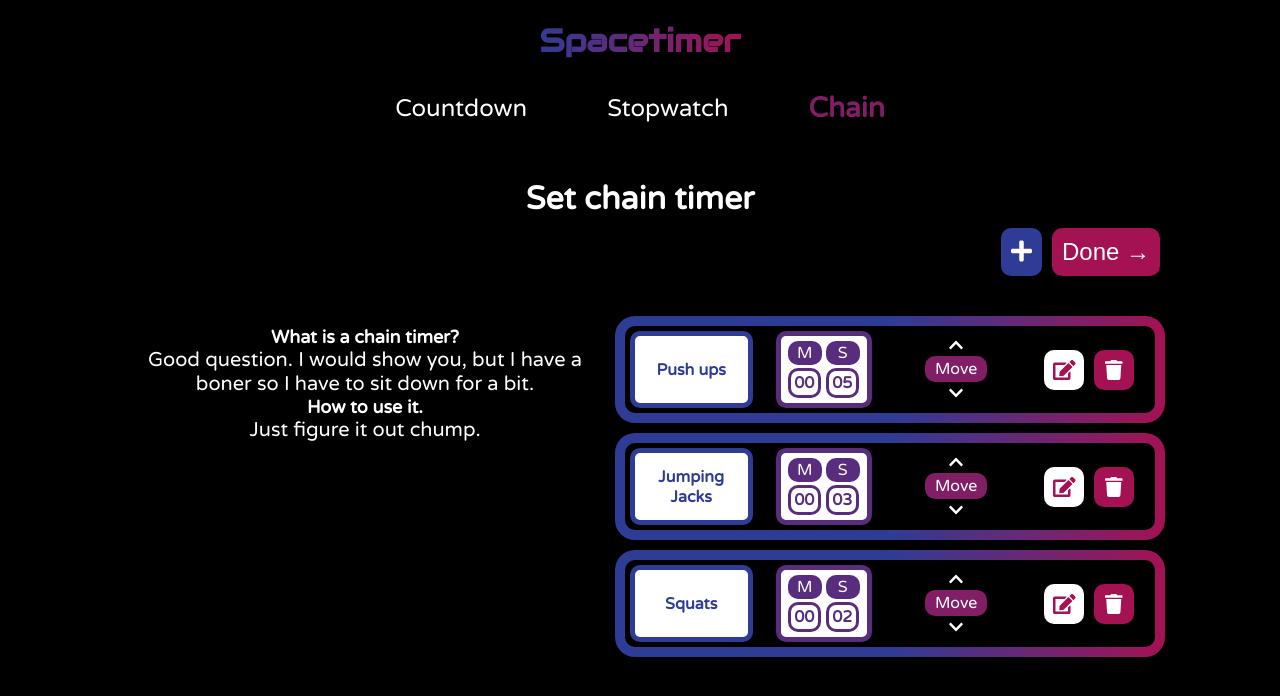
Repository: JohnKrige/space-timer2
Page: /timer-chain
These files come from the project's save history. The page is drawn as it stood at one moment and after the next save; the edit follows.
The browser window is 1280 px wide. The pictures show the whole page.
The project was rebuilt for these pictures with package versions that can differ from the ones it lists, and the page was loaded fresh each time. Also part of the build but not shown: src/components/Timer/styles.js, src/components/Timer/TimerDisplay.js, src/components/Stopwatch/Stopwatch.js, src/components/ChainTimer/ChainTimerItem.js, src/components/SetTimerModal/transition-styles.css, src/components/Timer/Repeater.js, src/components/CountdownTimer/countdownTimerStyles.js, src/components/CountdownTimer/CountdownTimer.js. Imported but missing from the stored project, and not drawn on this page: src/components/CountdownTimer/beep.flac, src/components/CountdownTimer/timersound1.wav.

Above is the page before, as saved 2021-11-21 11:05:57.

### public/index.html
<!DOCTYPE html>
<html lang="en">
  <head>
    <meta charset="utf-8" />
    <link rel="icon" href="%PUBLIC_URL%/favicon.ico" />
    <meta name="viewport" content="width=device-width, initial-scale=1" />
    <meta name="theme-color" content="#000000" />
    <meta
      name="description"
      content="Web site created using create-react-app"
    />

    <title>Space Timer 69</title>
  </head>
  <body>
    <div id="root"></div>
  </body>
</html>

### src/App.js
import {
  BrowserRouter as Router,
  Route,
  Redirect,
  Switch
} from 'react-router-dom';

import Stopwatch from './components/Stopwatch/Stopwatch';
import ChainTimer from './components/ChainTimer/ChainTimer';
import Navbar from './components/Nav/Navbar';
import CountdownTimer from './components/CountdownTimer/CountdownTimer';

import './App.css';

function App() {
  return (
    <div className="App">
      <Router>
        <header className="App-header">
          <h1 className="logo">Spacetimer</h1>
          <Navbar />
        </header>
          <Switch>
            <Route path="/countdown-timer">
              <CountdownTimer />
            </Route>
            <Route path="/stopwatch">
              <Stopwatch />
            </Route>
            <Route path="/timer-chain">
              <ChainTimer />
            </Route>
            <Redirect to="/countdown-timer" />
          </Switch>
      </Router>
    </div>
  );
};

export default App;

### src/components/Nav/Navbar.js

import { NavLink } from 'react-router-dom';
import { useLocation } from 'react-router';

import { NavItem, NavList } from './styles';

const routes = [
    {
        name: "Countdown",
        ext: "/countdown-timer",
    },
    {
        name: "Stopwatch",
        ext: "/stopwatch",
    },
    {
        name: "Chain",
        ext: "/timer-chain",
    },
 ];

const Navbar = () => {
    const location = useLocation();

    const path = location.pathname;

    const navItems = routes.map((item) => {
        const selected = item.ext === path;

        return (
            <NavItem selected={selected} key={item.name}>
                <NavLink to={`${item.ext}`}>
                    <div style={{display: 'inline-block'}}>{item.name}</div>
                </NavLink>
            </NavItem>
        );
    });

    return (
        <NavList style={{display: 'flex', justifyContent: 'center'}}>
            {navItems}
        </NavList>
    );
};

export default Navbar;

### src/App.css
@import url('https://fonts.googleapis.com/css2?family=Audiowide&display=swap');
@import url('https://fonts.googleapis.com/css2?family=Varela+Round&display=swap');

* {
  padding: 0;
  margin: 0;
  text-decoration: none;
  list-style: none;
}

html {
  background-color: black;
  font-size: 20px;
}

body {
  min-height: 100vh;
  font-family: 'Varela Round', sans-serif;
}

.App {
  text-align: center;
  background-color: black;
  padding: 0;
  margin: 0 auto;
  min-height: 100vh;
  display: flex;
  flex-direction: column;
}

.App-header {
  padding-top: 20px;
}

.logo {
  display: inline;
  padding: 0 5px;
  font-family: 'Audiowide', cursive;
  font-size: 32px;
  background: #2f3c96;
  background: -webkit-linear-gradient(to right, #2f3c96 0%, #a41253 100%);
  background: -moz-linear-gradient(to right, #2f3c96 0%, #a41253 100%);
  background: linear-gradient(to right, #2f3c96 0%, #a41253 100%);
  -webkit-background-clip: text;
  -webkit-text-fill-color: transparent;

  @media (min-width) {
    font-size: 64px;
  }
}

.PageTitle {
  text-align: center;
  font-size: 32px;

  @media (min-width) {
    color: #821e66;
  }

}

### src/pages/Timer/TimerPage.js
import styled from 'styled-components';

 const TimerPageStyle = styled.div`
    display: flex;
    flex-direction: column;
    align-items: ${props => props.align || "center"};
    justify-content: ${props => props.justify || "center"};
    flex-grow: 1;
    margin-top: 20px;

    @media (min-width: 1024px) {
        margin-top: 40px;
    }
`;

const TimerPage = ({align, justify, children}) => {
    return (
        <TimerPageStyle justify={justify} align={align}>
            {children}
        </TimerPageStyle>
    )
}

export default TimerPage;

### src/helpers/getHMS.js
export const getHMS = (totalTime) => {
    const h = Math.floor(totalTime / 3600000);
    const m = Math.floor((totalTime - 3600000 * h) / 60000);
    const s = Math.floor((totalTime - (3600000 * h) - 60000 * m) / 1000);

    return [h, m, s];
}

### src/components/Button/Button.js
import { ButtonContainer } from './styles';

const Button = (props) => {
    return (
        <ButtonContainer onClick={props.onClick} color={props.color} rounded={props.rounded}>
            {props.children}
        </ButtonContainer>
    )
};

export default Button;

### src/components/ChainTimer/chainTimerStyles.js
import styled from 'styled-components';

export const ChainItemContainer = styled.div`
    // border: ${props => props.isActive ? '10px solid white' : ' '};
    width: 550px;
    margin: 10px 0;
    border-radius: 20px;
    padding: 10px;
    background: rgb(47,60,150);
    background: linear-gradient(90deg, rgba(47, 60, 150, 1) 50%, rgba(164, 18, 83, 1) 100%);
    box-sizing: border-box;
    font-size: 16px;

    svg {
        cursor: pointer;
    }
`;

export const ChainItemBackground = styled.div`
    height: 100%;
    background-color: rgba(0, 0, 0, 1);
    display: grid;
    column-gap: 10px;
    grid-template-columns: repeat(4, 1fr);
    justify-items: center;
    align-items: center;
    border-radius: 10px;
    padding: 5px;
`;


export const TimeDisplayContainer = styled.div`
    display: flex;
    background-color: white;
    border: 5px solid #592d7e;
    padding: 5px;
    border-radius: 10px;
`;

export const TimeDisplay = styled.div`
    background-color: white;
    border-radius: 10px;
    border: 3px solid #592d7e;
    margin: 3px 3px 0 2px;
    color: #592d7e !important;
    padding: 2px;
    font-weight: bold;
    text-align: center;
`;

export const ButtonsBar = styled.div`
    margin: 10px 0 30px 0;
    display: flex;
    justify-content: ${props => props.justify || 'center'};
    align-items: 'center';
`;

export const TimeDisplayLabel = styled.div`
    background-color: #592d7e;
    border-radius: 10px;
    padding: 2px;
    width: 30px;
    margin: 0 2px 0 2px;
    display: inline-block;
`;

export const MoveLabel = styled.div`
    background-color: #821e66;
    padding: 3px 10px;
    border-radius: 10px;
    margin-bottom: 2px;
`;

export const NameLabel = styled.div`
    background-color: white;
    color: rgba(47,60,150,1);
    width: 100%;
    height: 100%;
    box-sizing: border-box;
    padding: 5px;
    border: 5px solid rgba(47,60,150,1);
    font-weight: bold;
    border-radius: 10px;
    display: flex;
    justify-content: center;
    align-items: center;
`;

export const ChainItemButtons = styled.div`
    display: flex;
`;

export const ChainItemButton = styled.button`
    border: none;
    background-color: ${props => props.colorInvert ? 'white' : '#a41253'};
    width: 40px;
    height: 40px;
    color: ${props => props.colorInvert ? '#a41253' : 'white'};
    border-radius: 10px;
    font-size: 20px;
    cursor: pointer;display: flex;
    justify-content: center;
    align-items: center;
    margin: 0 5px;
`;

export const ItemName = styled.div`
    display: flex;
    align-items: center;
    justify-content: center;
`;

export const TimeDisplayMain = styled.div`
    display: flex;
`;

export const TimeDisplaySection = styled.div`
    display: flex;
    flex-direction: column;
    margin: 30px 10px;
    border: 3px solid white;
    padding-bottom: 20px;
    border-radius: 10px;
    overflow: hidden;
`;

export const ItemNameTitle = styled.div`
    font-size: 72px;
`;

export const ItemNameNumber = styled.div`
    margin-right: 10px;
`;

export const ChainTimerMain = styled.div`
    display: flex;
    align-items: center;
    justify-content: center;
    flex-direction: column;
`;

export const MinutesAndSeconds = styled.div`
    font-size: 72px;
    margin-top: 20px;
`;

export const MinsAndSecsHeading = styled.div`
    padding: 10px 50px 10px 50px;
    background-color: ;
    background: rgb(47,60,150);
    background: linear-gradient(90deg, rgba(47, 60, 150, 1) 50%, rgba(164, 18, 83, 1) 100%);
`;

export const NextItem = styled.div`
    font-size: 30px;
`;

export const UpNext = styled.div`
    color: rgba(164, 18, 83, 1);
    border-radius: 10px;
    font-weight: bold;
`;

export const EditTimerContainer = styled.div
`
    display: flex;
    flex-direction: column;

    @media (min-width: 1024px) {
        flex-direction: row;
    }
`;

export const WhatIsContainer = styled.div`
    max-width: 300px;

    & h3{
        font-size: 18px;
    }

    @media (min-width: 1024px) {
        max-width: 500px;
    }
`;

### src/components/ChainTimer/EditTimerChain.js
import { useState } from 'react';

import ChainEditItem from "./ChainEditItem";
import TimerPage from '../../pages/Timer/TimerPage';
import { FontAwesomeIcon } from '@fortawesome/react-fontawesome';
import { faEdit, faPlay, faPause, faUndo, faVolumeUp, faVolumeMute, faPlus, faStepForward, faStepBackward } from '@fortawesome/free-solid-svg-icons';
import { ButtonsBar, EditTimerContainer, WhatIsContainer } from "./chainTimerStyles";
import Button from '../Button/Button';
import SetTimerModal from "../SetTimerModal/SetTimerModal";


const EditTimerChain = (props) => {
    const [ newItem, setNewItem ] = useState(false);

    const AddNewItem = (totalTime, name) => {
        setNewItem(false);
        props.addTimer(totalTime, name);
    };

    const newItemProps = {
        totalTime: 500000,
        show: newItem,
        type: "chain item",
        lessThanHour: true,
        name: "Activity name",
        onSubmit: AddNewItem,
        onClose: () => setNewItem(false),
    };

    const timersDisplay = props.timers.map((item) => {
        const isActive = item.itemIndex === props.currentTimer;
        // const timeRemaining = isActive ? item.time - props.timeElapsed : item.isDone ? 0 : item.time;

        return (
            <ChainEditItem
                key={item.itemIndex}
                name={item.name}
                time={item.time}
                index={item.itemIndex}
                isActive={isActive}
                moveUp={props.moveItemUp}
                moveDown={props.moveItemDown}
                timeRemaining={item.time}
                remove={props.removeItem}
                editItem={props.editItem}
            />
        )
    });

    return (
        <>
            <SetTimerModal {...newItemProps} />
            <div>
                <ButtonsBar justify="end" margin="20px 0">
                    <Button onClick={() => setNewItem(true)} color="blue"><FontAwesomeIcon icon={faPlus} /></Button>
                    <Button onClick={() => props.closeEdit(false)} color="red">Done →</Button>
                </ButtonsBar>
                <EditTimerContainer style={{ display: 'flex' }}>
                    <WhatIsContainer>
                        <div style={{padding: '20px', height: '100%', boxSizing: 'border-box'}}>
                            <h3>What is a chain timer?</h3>
                            <p>Good question. I would show you, but I have a boner so I have to sit down for a bit.</p>
                            <h3>How to use it.</h3>
                            <p>Just figure it out chump.</p>
                        </div>
                    </WhatIsContainer>
                    <div>
                        {timersDisplay}
                    </div>
                </EditTimerContainer>
            </div>
        </>
    )
};

export default EditTimerChain;

### src/helpers/timeDisplay.js
export const neatTimeDisplay = (time) => `${time}`.length < 2 ? `0${time}` : `${time}`;

### src/components/Nav/styles.js
import styled from 'styled-components';

export const NavItem = styled.li`
    cursor: pointer;
    font-size: 14px;
    flex: 1;
    display: flex;
    align-items: center;
    justify-content: center;


    @media (min-width: 1024px) {
        margin: 20px 40px 5px 40px;
        flex: 0;
    }

    & div {
        color: rgba(47,60,150,1);
        color: ${props => props.selected && "#821e66"} !important;
        font-size: ${props => props.selected && "16px"};
        font-weight: bold;
        text-center;

        @media (min-width: 1024px) {
            font-size: ${props => props.selected ? "28" : "24"}px;
            color: white;
            font-weight: ${props => props.selected ? "bold" : "400"} ;

        }
    }

    & div:hover {
        color: #821e66;
    }

    & a{
        font-weight: ${props => props.selected && "bold"};
        text-decoration-thickness: 4px;
    }
`;

export const NavList = styled.ul`
    display: flex;
    justify-content: space-between;
    width: 100%;
    position: fixed;
    bottom: 0;
    padding: 10px 0;
    border-radius: 20px 20px 0 0;
    border-bottom: none;
    box-sizing: border-box;
    background: rgb(251,230,245);
    background: linear-gradient(0deg, rgba(251,230,245,1) 59%, rgba(255,255,255,1) 100%);

    @media (min-width: 1024px) {
        position: static;
        background: transparent;
        justify-content: center;
    }
}`

### src/components/SetTimerModal/SetTimerModal.js
import React, { useState, useEffect } from 'react';
import { ModalContainer, ModalContent, TimeInput, TimeInputs, CloseModal, ModalBackground, NameInput, ModalTitle } from './modalStyles';
import { CSSTransition } from 'react-transition-group';

import Button from '../Button/Button';
import { getHMS } from '../../helpers/getHMS';

import { Transition } from 'react-transition-group';

import './transition-styles.css';

import { FontAwesomeIcon } from '@fortawesome/react-fontawesome'
import { faTimes } from '@fortawesome/free-solid-svg-icons'

const SetTimerModal = ({ onSubmit, totalTime, show, type = "main", repeatTime = 0, onClose, lessThanHour, name }) => {
    const [hours, setHours] = useState(0);
    const [minutes, setMinutes] = useState(0);
    const [seconds, setSeconds] = useState(0);
    const [timerName, setTimerName] = useState(name);
    const [error, setError] = useState();

    useEffect(() => {
        const timeToUse = type === "repeater" ? repeatTime : totalTime;
        const [h, m, s] = getHMS(timeToUse);
        setHours(h);
        setMinutes(m);
        setSeconds(s);
    }, []);

    const onChangeHoursHandler = (value) => {
        if (value < 0) {
            setError('Must enter positive value');
            return;
        };

        setError();
        setHours(value);
    };

    const onChangeMinutesHandler = (value) => {
        setMinutes(value);
    };

    const onChangeSecondsHandler = (value) => {
        setSeconds(value);
    };

    const submitEditTimerHandler = (event) => {
        event.preventDefault();
        const hoursMs = hours * 1000 * 60 * 60;
        const minutesMs = minutes * 1000 * 60;
        const secondsMs = seconds * 1000;

        const editTotal = hoursMs + minutesMs + secondsMs;

        const hourInMs = 1000 * 60 * 60;

        if (lessThanHour && editTotal >= hourInMs) {
            setError("Time has to be less than 60 minutes");
            return;
        };

        if (editTotal <= 0) {
            setError("Time entered has to be larger than zero");
            return;
        };

        if (type === "repeater" && editTotal >= totalTime) {
            const [h, m, s] = getHMS(editTotal);
            setError(`Repeater time can't exceed the main timer's time of: ${h}h ${m}m ${s}s`);
            return;
        };

        setError();

        if (name) {
            onSubmit(editTotal, timerName);
            return;
        };

        onSubmit(editTotal);
    };

    return (
        <>

            <CSSTransition
                in={show}
                timeout={300}
                classNames="alert"
                unmountOnExit
            >
                <ModalContainer>
            <div style={{ height: "100%" }}>
                <ModalBackground>
                    <ModalContent>
                        <CloseModal onClick={() => onClose(type)}>
                            {<FontAwesomeIcon icon={faTimes} />}
                        </CloseModal>
                        <ModalTitle>Edit {type}</ModalTitle>
                        {name &&
                            <div style={{ display: 'flex', justifyContent: 'center' }}>
                                <NameInput>
                                    <input id="name" type="text" value={timerName} onChange={(event) => setTimerName(event.target.value)} />
                                    <label htmlFor="name">Name</label>
                                </NameInput>
                            </div>
                        }
                        <TimeInputs submit={(event) => submitEditTimerHandler(event)}>
                            {!lessThanHour &&
                                <TimeInput>
                                    <input id="hours" type="number" value={hours} onChange={(event) => onChangeHoursHandler(event.target.value)} />
                                    <label htmlFor="hours">Hours</label>
                                </TimeInput>
                            }
                            <TimeInput color="purple">
                                <input id="minutes" type="number" value={minutes} onChange={(event) => onChangeMinutesHandler(event.target.value)} />
                                <label htmlFor="minutes">Minutes</label>
                            </TimeInput>
                            <TimeInput color="red">
                                <input id="seconds" type="number" value={seconds} onChange={(event) => onChangeSecondsHandler(event.target.value)} />
                                <label htmlFor="seconds">Seconds</label>
                            </TimeInput>
                        </TimeInputs>
                        <div style={{ marginBottom: "20px" }}>
                            <Button onClick={(event) => submitEditTimerHandler(event)} color="purple">Set time</Button>
                        </div>
                        {error &&
                            <p style={{ color: "red", marginTop: "20px" }}>{error}</p>
                        }
                    </ModalContent>
                </ModalBackground>
                    </div>
                </ModalContainer>
            </CSSTransition>
        </>
    );
};

export default SetTimerModal;

### src/components/Button/styles.js
import styled from 'styled-components';

export const ButtonContainer = styled.button`
    background: ${props => props.color === "blue" ? "rgb(47,60,150)" : props.color === "purple" ? "#592d7e" : props.color === "pink" ? "#821e66" : "#a41253"};
    border: none;
    color: white;
    padding: 10px;
    font-size: 24px;
    border-radius: ${props => props.rounded ? "50%" : "10px"};
    margin: 0 5px;
    cursor: pointer;
`;

### src/components/ChainTimer/ChainEditItem.js
import { useState } from 'react';
import { FontAwesomeIcon } from '@fortawesome/react-fontawesome';
import { faChevronUp, faChevronDown, faTrash, faEdit, faPeopleArrows} from '@fortawesome/free-solid-svg-icons';
import SetTimerModal from '../SetTimerModal/SetTimerModal';

import { ChainItemContainer, TimeDisplay, TimeDisplayContainer, ChainItemBackground, TimeDisplayLabel, MoveLabel, ChainItemButton, NameLabel, ChainItemButtons } from "./chainTimerStyles";

import { getHMS } from '../../helpers/getHMS';
import { neatTimeDisplay } from '../../helpers/timeDisplay';

const ChainEditItem = (props) => {
    const [showEditItem, setShowEditItem] = useState(false);
    const [h, m, s] = getHMS(props.timeRemaining);

    const editItem = (timeMs, name) => {
        setShowEditItem(false);
        props.editItem(props.index, timeMs, name);
    };

    return (
        <ChainItemContainer isActive={props.isActive}>
            <SetTimerModal onSubmit={editItem} totalTime={props.time} show={showEditItem} onClose={() => setShowEditItem(false)} type="" lessThanHour name={props.name} />
            <ChainItemBackground>
                <NameLabel>
                    <div>{props.name}</div>
                </NameLabel>
                <TimeDisplayContainer>
                    <div >
                        <div>
                            <TimeDisplayLabel>M</TimeDisplayLabel>
                        </div>
                        <TimeDisplay>{neatTimeDisplay(m)}</TimeDisplay>
                    </div>
                    <div >
                        <TimeDisplayLabel>S</TimeDisplayLabel>
                        <TimeDisplay>{neatTimeDisplay(s)}</TimeDisplay>
                    </div>
                </TimeDisplayContainer>
                <div>
                    <FontAwesomeIcon icon={faChevronUp} onClick={() => props.moveUp(props.index)} />
                    <MoveLabel>Move</MoveLabel>
                    <FontAwesomeIcon icon={faChevronDown} onClick={() => props.moveDown(props.index)} />
                </div>
                <ChainItemButtons>
                    <ChainItemButton onClick={() => setShowEditItem(true)} colorInvert><FontAwesomeIcon icon={faEdit} /></ChainItemButton>
                    <ChainItemButton onClick={() => props.remove(props.index)}><FontAwesomeIcon icon={faTrash} /></ChainItemButton>
                </ChainItemButtons>
            </ChainItemBackground>
        </ChainItemContainer>
    )
};

export default ChainEditItem;

### src/components/SetTimerModal/modalStyles.js
import styled from "styled-components";

const topOffset = 120;

export const ModalContainer = styled.div`
    width: 100vw;
    height: calc(100% - ${topOffset});
    overflow: hidden;
    background-color: black;
    position: absolute;
    top: ${topOffset}px;
    left: 0;
    display: flex;
    justify-content: center;
`;

export const ModalBackground = styled.div`
    position: relative;
    margin: 70px;
    background: rgb(47,60,150);
    background: linear-gradient(125deg, rgba(47,60,150,1) 0%, rgba(164,18,83,1) 100%);
    border-radius: 15px;
    border: 4px solid white;
    display: flex;
    flex-direction: column;
    align-items: center;
    justify-content: center;
    padding: 20px;

    @media(min-width: 1024px){
        width: 500px;
        margin-top: 100px;
    }
`;

export const ModalContent = styled.div`
    display: flex;
    flex-direction: column;
    padding: 20px 0;
    border-radius: 15px;
    background: rgba(255, 255, 255);
    border: 4px solid black;
    width: 100%;
    min-height: 100%;
    box-sizing: border-box;

    & h2 {
        font-size: 44px;
        color: #592d7e;
        //   font-family: 'Audiowide', cursive;
    }
`;

export const TimeInput = styled.div`
    max-width: 80px;
    padding: 10px;
    background-color: ${props => props.color === "red" ? "#a41253" : props.color === "purple" ? "#592d7e" : "#2f3c96"};
    border-radius: 10px;
    margin: 0px 5px;

    @media (min-width: 1024px) {
        padding: 20px;
    }

    & label {
        text-align: start;
    }

    & input {
        margin-bottom: 3px;
        border: none;
        max-width: 50px;
        border-radius: 2px;
        padding: 2px 3px;
    }
`;

export const TimeInputs = styled.form`
    display: flex;
    margin: 20px 0;
    justify-content: center;
    font-size: 14px;

    @media(min-width: 1024px) {
        font-size:
    }
`;

export const CloseModal = styled.div`
    font-size: 25px;
    display: flex;
    justify-content: center;
    align-items: center;
    width: 40px;
    height: 40px;
    background-color: white;
    border-radius: 50%;
    position: absolute;
    color: black;
    cursor: pointer;
    top: -40px;
    right : -35px;

    @media(min-width: 1024px) {
        top: -50px;
        right : -45px;
    }
`;

export const NameInput = styled.div`
    display: flex;
    align-items: center;
    flex-direction: column;
    margin: 5px;
    padding: 10px;
    background: #2f3c96;
    border-radius: 10px;

    @media(min-width: 1024px) {
        padding: 20px 40px;
        margin-top: 30px;
    }

    & label {
        margin-top: 3px;
        font-size: 20px;
    }

    & input {
        padding: 5px;
        border: none;
        border-radius: 5px;
    }
`;

export const ModalTitle = styled.div`
    font-size: 24px;
    color: #592d7e;

    @media(min-width: 1024px) {
        font-size: 32px;
        font-weight: bold;
    }
`;

Loaded but not shown: src/index.js (common file); src/index.css (common file); src/components/ChainTimer/ChainTimer.js (292 lines, source omitted)

After the next save:
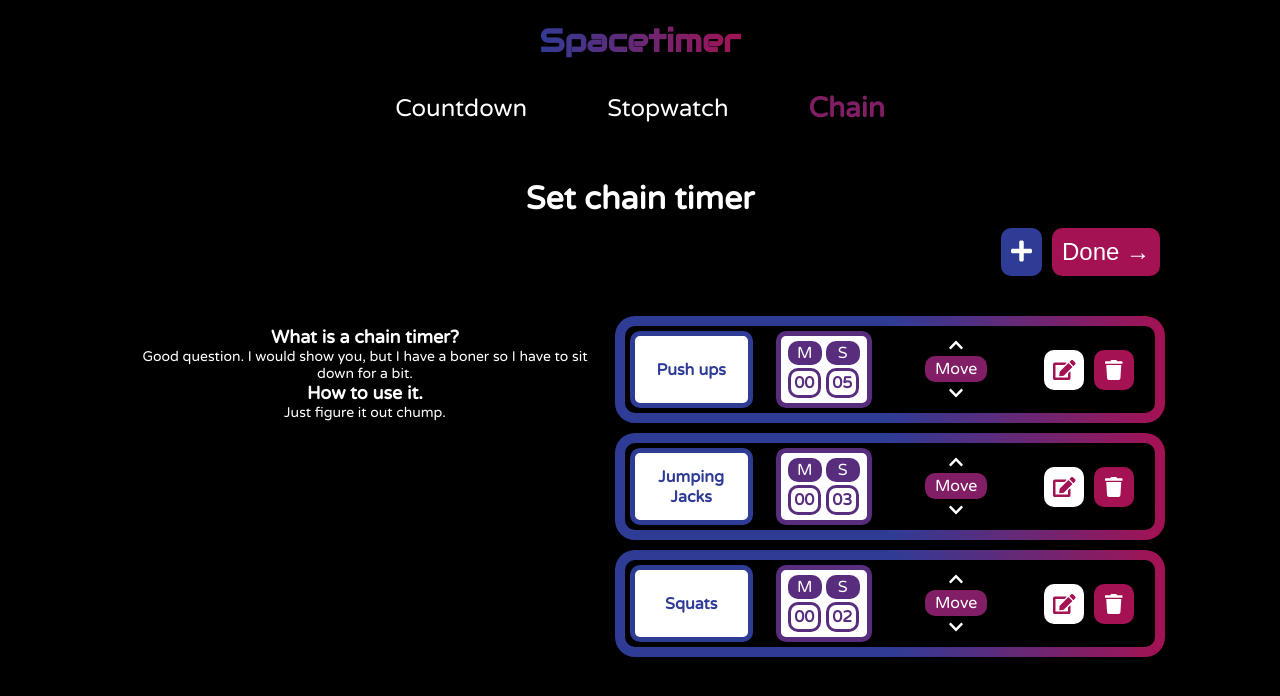
Saved 21 s later.
--- a/src/components/ChainTimer/chainTimerStyles.js
+++ b/src/components/ChainTimer/chainTimerStyles.js
@@ -178,6 +178,10 @@ export const WhatIsContainer = styled.div`
         font-size: 18px;
     }
 
+    & p {
+        font-size: 14px;
+    }
+
     @media (min-width: 1024px) {
         max-width: 500px;
     }
